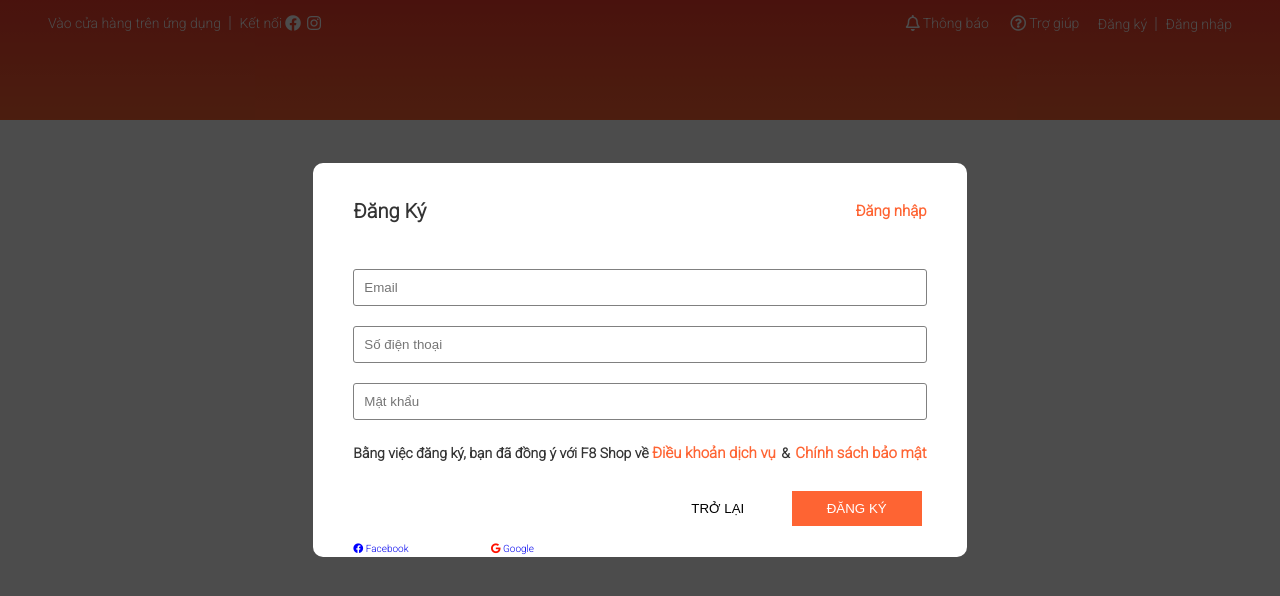
Repository: kebinh1235/Shopee-Demo
Page: index.html
An editor plug-in stored every save of this project. The page is shown before and after a run of saves, followed by the edit.
The browser window is 1280 px wide. The pictures show the whole page.
The pointer rests on the first visible `.btn`.

Above is the page before, as saved 2021-10-01 22:41:55.

After the next 2 saves:
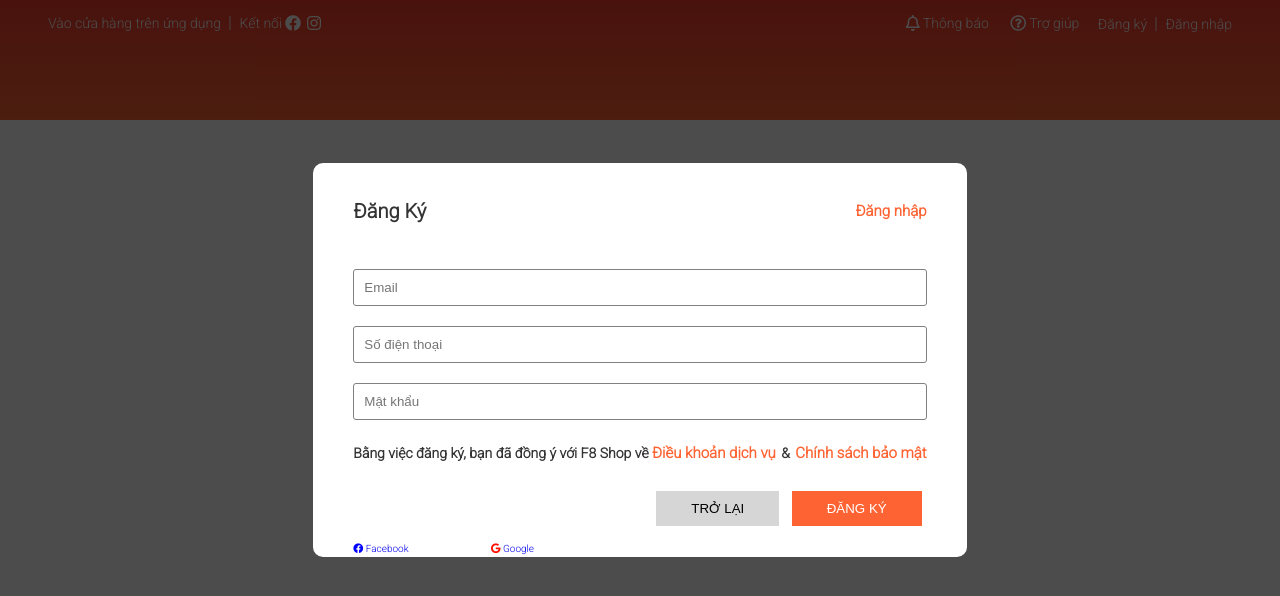
The 2 saves are shown as one change because they came seconds apart.
The last was saved 15 s later.
--- a/asset/css/main.css
+++ b/asset/css/main.css
@@ -279,6 +279,9 @@
   margin: 0 5px;
   background: transparent;
 }
+.btn:hover {
+  background:rgba(0, 0, 0, 0.16);
+}
 .btn-primary {
   background: var(--primary-color);
   color: var(--white-color);

After the 2 saves that followed:
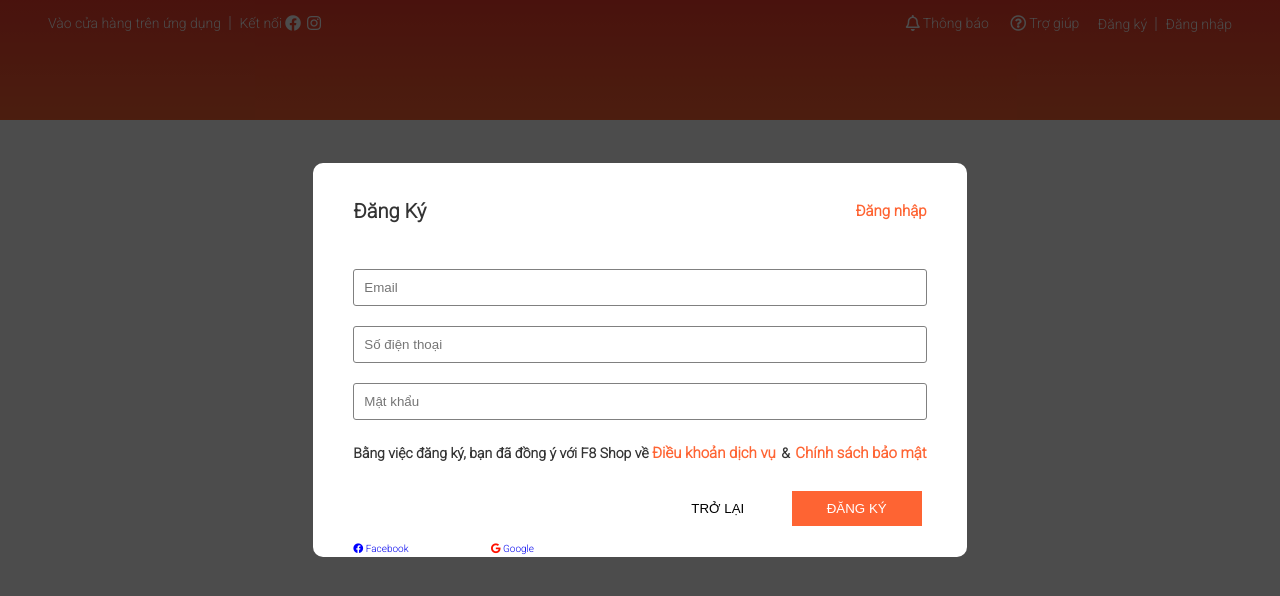
The 2 saves are shown as one change because 1 left the picture as it was.
The last was saved 93 s later.
--- a/asset/css/main.css
+++ b/asset/css/main.css
@@ -278,8 +278,9 @@
   border: none;
   margin: 0 5px;
   background: transparent;
-}
-.btn:hover {
+  cursor: pointer;
+}
+.btn .btn-primary:hover {
   background:rgba(0, 0, 0, 0.16);
 }
 .btn-primary {
